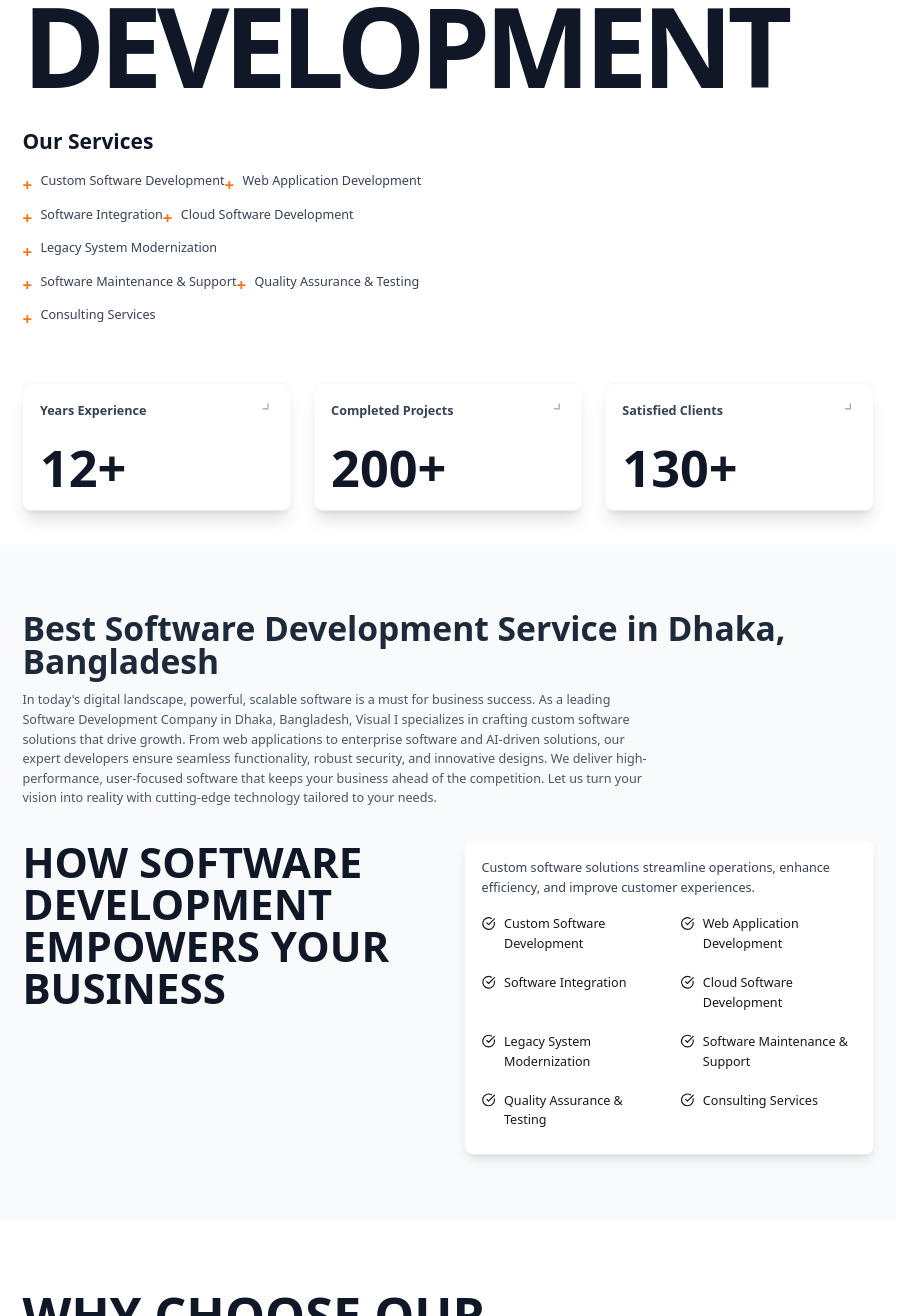
Repository: mdmuhibullahhabib/weboria
Page: /services
The author's editor kept a copy of each file at every save. The page is drawn from the files as they stood at one save, then again after the next save.
The browser window is 1280 px wide. The page is 1313 px wide, so the pictures cover 1313 px, including what lies to the right of the window. The pictures show the part of the page from y = 886 to 2766 px (the page is 7771 px tall before and 7751 px after), at 70% of full size.
The project was rebuilt for these pictures with package versions that can differ from the ones it lists, and the page was loaded fresh each time. The framework's server and built-in components were replaced by stand-ins that run in the browser. Also part of the build but not shown: next.config.mjs.

Above is the page before, as saved 2025-10-05 15:20:57.

### src/app/layout.js
import { Geist, Geist_Mono } from "next/font/google";
import "./globals.css";
import Navbar from "@/components/Navbar";
import Footer from "@/components/Footer";
import { Toaster } from "react-hot-toast";

const geistSans = Geist({
  variable: "--font-geist-sans",
  subsets: ["latin"],
});

const geistMono = Geist_Mono({
  variable: "--font-geist-mono",
  subsets: ["latin"],
});

export const metadata = {
  title: "Weboria",
  description: "Digital Marketing Agency",
  icons: "/favicon.ico",
};

export default function RootLayout({ children }) {
  return (
    <html lang="en">
      <body
        className={`${geistSans.variable} ${geistMono.variable} antialiased`}
      >

        <Navbar />
        <Toaster />
        {children}
        <Footer />
      </body>
    </html>
  );
}

### src/app/services/page.jsx
import React from 'react';
import { ChevronRight, Zap, CheckCircle, MessageSquare, Phone, Mail, MapPin, Search, ChevronDown } from 'lucide-react';

// Main App component which will serve as the service page
export default function Service() {

  // --- Mock Data ---
  const services = [
    'Custom Software Development',
    'Web Application Development',
    'Software Integration',
    'Cloud Software Development',
    'Legacy System Modernization',
    'Software Maintenance & Support',
    'Quality Assurance & Testing',
    'Consulting Services',
  ];

  const whyChooseKeywords = [
    { title: 'EXPERIENCE...', customColor: '#1f2937' }, // Dark gray/black
    { title: 'COLLABORATIVE...', customColor: '#f97316' }, // Orange/Amber
    { title: 'EFFECTIVENESS...', customColor: '#f97316' }, // Orange/Amber
    { title: 'CLIENT-CENTRIC...', customColor: '#f97316' }, // Orange/Amber
  ];

  const processSteps = [
    { number: '01', title: 'DISCOVERY & PLANNING', position: 'top-left' },
    { number: '02', title: 'DESIGN & ARCHITECTURE', position: 'mid-left' },
    { number: '03', title: 'DEPLOYMENT & TESTING', position: 'mid-right' },
    { number: '04', title: 'POST-DEPLOYMENT SUPPORT & MAINTENANCE', position: 'bottom-center' },
  ];

  const faqs = [
    {
      question: 'HOW MUCH DOES IT COST TO DEVELOP SOFTWARE?',
      answer: 'The cost of software development can vary depending on several factors, including the size and complexity of the project and the technologies used. We will provide you with a detailed quote after gathering your requirements and understanding your project needs.'
    },
    {
      question: 'HOW LONG DOES IT TAKE TO DEVELOP SOFTWARE?',
      answer: 'Project duration varies widely. A small application might take 4-8 weeks, while complex enterprise solutions can take 6 months or more. We establish clear timelines during the planning phase.'
    },
    {
      question: 'WHY SHOULD I CHOOSE CUSTOM SOFTWARE DEVELOPMENT OVER OFF-THE-SHELF SOLUTIONS?',
      answer: 'Custom software is tailored exactly to your unique business processes, providing a competitive edge, better integration, and greater scalability, unlike generic off-the-shelf products.'
    },
  ];

  // Utility component for the service list bullets
  const ServiceListItem = ({ text }) => (
    <div className="flex items-start mb-3">
      <CheckCircle className="w-5 h-5 mr-3 text-current mt-1 flex-shrink-0" />
      <p className="text-lg font-light">{text}</p>
    </div>
  );

  // --- Section Components ---

    const Hero = () => (
    <section
      className="relative bg-cover bg-center text-white py-32"
      style={{
        backgroundImage:
          "linear-gradient(rgba(0,0,0,0.6),rgba(0,0,0,0.6)),url('https://images.unsplash.com/photo-1519389950473-47ba0277781c?auto=format&fit=crop&w=1200&q=80')",
      }}
    >
      <div className="max-w-6xl mx-auto px-6 text-center">
        <h1 className="text-5xl md:text-7xl font-extrabold mb-6 leading-tight">
          Empowering Brands with <br /> Impactful Digital Services
        </h1>
        <p className="text-xl text-gray-200 max-w-3xl mx-auto">
          From strategy to execution, we deliver modern digital solutions that
          accelerate your business growth and brand impact.
        </p>
      </div>
    </section>
  );

const HeroSection = () => {
  // --- ServiceListItem Component ---
  const ServiceListItem = ({ text }) => (
    <div className="flex items-start item-center mb-3 hover:translate-x-1 transition-transform duration-300">
      <span
        className="text-2xl font-bold mr-3 mt-1 flex-shrink-0"
        style={{ color: '#f97316' }}
      >
        +
      </span>
      <p className="text-lg font-medium text-gray-700">{text}</p>
    </div>
  );

  return (
    <section className="relative pt-24 pb-16 md:pt-32 md:pb-24 bg-white overflow-hidden">
      <div className="max-w-7xl mx-auto px-4 sm:px-6 lg:px-8">
        <div className="grid md:grid-cols-2 gap-12 items-start">

          {/*  Large Title */}
          <div>
            <h1 className="text-6xl sm:text-7xl md:text-8xl lg:text-[10rem] font-extrabold leading-none tracking-tighter text-gray-900 mb-8">
              SOFTWARE
              <br />
              DEVELOPMENT
            </h1>
                    <div className="pt-2">
            <h2 className="text-3xl font-bold text-gray-900 mb-6">
              Our Services
            </h2>

            {/* services */}
            <div className="flex flex-wrap items-center">
              {services.map((service, index) => (
                <ServiceListItem key={index} text={service} />
              ))}
            </div>
          </div>
          </div>

        </div>
      </div>
    </section>
  );
};

  const StatsSection = () => (
    <div className="bg-white py-12 -mt-16 md:-mt-20 relative z-10">
      <div className="max-w-7xl mx-auto px-4 sm:px-6 lg:px-8">
        <div className="grid md:grid-cols-3 gap-8">
          {/* Card Style from Screenshot 113 */}
          {[
            { label: 'Years Experience', value: '12+' },
            { label: 'Completed Projects', value: '200+' },
            { label: 'Satisfied Clients', value: '130+' },
          ].map((stat, index) => (
            <div key={index} className="card bg-white p-6 shadow-xl border border-gray-100 rounded-xl hover:shadow-2xl transition duration-300">
              <div className="flex justify-between items-start mb-8">
                <h3 className="text-lg font-semibold text-gray-700">{stat.label}</h3>
                <ChevronRight className="w-5 h-5 text-gray-400 rotate-45" />
              </div>
              <p className="text-6xl md:text-7xl font-extrabold text-gray-900">{stat.value}</p>
            </div>
          ))}
        </div>
      </div>
    </div>
  );

  const ServiceListSection = () => (
    <div className="bg-gray-50 py-16 md:py-24">
      <div className="max-w-7xl mx-auto px-4 sm:px-6 lg:px-8">
        {/* Title from Screenshot 105 */}
        <div className="mb-12">
          <h2 className="text-4xl md:text-5xl font-extrabold text-gray-800 mb-4">
            Best Software Development Service in Dhaka, Bangladesh
          </h2>
          <p className="text-lg text-gray-600 max-w-4xl">
            In today's digital landscape, powerful, scalable software is a must for business success. As a leading Software Development Company in Dhaka, Bangladesh, Visual I specializes in crafting custom software solutions that drive growth. From web applications to enterprise software and AI-driven solutions, our expert developers ensure seamless functionality, robust security, and innovative designs. We deliver high-performance, user-focused software that keeps your business ahead of the competition. Let us turn your vision into reality with cutting-edge technology tailored to your needs.
          </p>
        </div>

        <div className="grid md:grid-cols-2 gap-12 items-start">
          {/* Left Side: How Software Empowers (Screenshot 105 structure) */}
          <div>
            <h2 className="text-5xl md:text-6xl font-extrabold text-gray-900 mb-8">
              HOW SOFTWARE
              <br />
              DEVELOPMENT
              <br />
              EMPOWERS YOUR
              <br />
              BUSINESS
            </h2>
          </div>

          {/* Right Side: Service List (Screenshot 103 structure) */}
          <div className="p-6 bg-white rounded-xl shadow-lg">
            <p className="text-lg text-gray-700 mb-6">
              Custom software solutions streamline operations, enhance efficiency, and improve customer experiences.
            </p>
            <div className="grid grid-cols-1 sm:grid-cols-2 gap-y-4 gap-x-8">
              {services.map((service, index) => (
                <ServiceListItem key={index} text={service} />
              ))}
            </div>
          </div>
        </div>
      </div>
    </div>
  );

  const WhyChooseUsSection = () => (
    <div className="py-24 bg-white">
      <div className="max-w-7xl mx-auto px-4 sm:px-6 lg:px-8">
        {/* Main Section Title (Screenshot 108) */}
        <h2 className="text-5xl md:text-7xl font-extrabold text-gray-900 mb-16 text-center md:text-left">
          WHY CHOOSE OUR
          <br />
          SOFTWARE DEVELOPMENT
          <span className="text-primary">?</span>
        </h2>

        <div className="grid md:grid-cols-2 gap-12 items-center">
          {/* Left Side: Content Card (Screenshot 109) */}
          <div className="p-8 border-r-4 border-gray-200">
            <div className="mb-8">
              {/* Icon/Shape Mimic from Screenshot 109 */}
              <div className="flex items-center space-x-2 mb-4">
                <div className="w-12 h-12 border-2 border-gray-900 rounded-full flex items-center justify-center">
                  <div className="w-8 h-8 bg-gray-900 rounded-full relative">
                    <div className="absolute top-1/2 left-1/2 -translate-x-1/2 -translate-y-1/2 w-4 h-4" style={{ backgroundColor: '#f97316' }} ></div>
                  </div>
                </div>
              </div>
              <h3 className="text-3xl font-bold text-gray-900 mb-4">
                PROVEN EXPERTISE AND
                <br />
                EXPERIENCE
              </h3>
              <p className="text-lg text-gray-600">
                Our seasoned software developers have extensive knowledge and experience in various domains, including web development, mobile app development, and custom software solutions.
              </p>
            </div>
            <button className="btn btn-neutral btn-lg rounded-lg shadow-xl">
              <MessageSquare className="w-5 h-5" />
              Send Your Message
            </button>
          </div>

          {/* Right Side: Experience List (Screenshot 109) - Highly stylized keywords */}
          <div className="space-y-4">
            {whyChooseKeywords.map((item, index) => (
                <h3
                    key={index}
                    className={`block text-5xl md:text-7xl font-extrabold leading-tight`}
                    style={{ color: item.customColor }}
                >
                    {item.title}
                </h3>
            ))}
          </div>
        </div>
      </div>
    </div>
  );

  const WorkingProcessSection = () => {
    // Component to render the step boxes
    const StepBox = ({ step }) => (
      <div className="flex items-center space-x-4 bg-white shadow-lg p-4 rounded-lg w-fit">
        <div className="text-2xl font-extrabold p-2 rounded" style={{ backgroundColor: '#1f2937', color: 'white' }}>
          {step.number}
        </div>
        <h4 className="text-xl font-semibold text-gray-800 tracking-wider">
          {step.title}
        </h4>
      </div>
    );

    return (
      <div className="bg-gray-50 py-24">
        <div className="max-w-7xl mx-auto px-4 sm:px-6 lg:px-8 text-center">
          {/* Title from Screenshot 110 */}
          <h2 className="text-6xl md:text-8xl font-extrabold mb-16" style={{ color: '#f97316' }}>
            WORKING PROCESS
          </h2>

          {/* Mimicking the Diagram Layout from Screenshot 111 using relative positioning and Tailwind for the lines */}
          <div className="relative h-[600px] md:h-[800px] flex items-center justify-center">

            {/* Background Lines (Dotted lines in the original image) */}
            {/* 1 -> 2 (Vertical line) */}
            <div className="absolute top-0 left-1/4 h-[50%] w-0 border-l-2 border-dashed border-gray-400 transform -translate-x-1/2 md:top-[10%] md:left-[25%] md:h-[30%]" style={{ top: '10%', left: '25%', height: '30%' }}></div>
            {/* 2 -> 3 (Horizontal line) */}
            <div className="absolute h-0 w-[50%] border-t-2 border-dashed border-gray-400 transform -translate-y-1/2" style={{ top: '40%', left: '25%', width: '50%' }}></div>
            {/* 3 -> 4 (Vertical line) */}
            <div className="absolute top-0 right-1/4 h-[50%] w-0 border-r-2 border-dashed border-gray-400 transform translate-x-1/2 md:top-[40%] md:right-[25%] md:h-[30%]" style={{ top: '40%', right: '25%', height: '30%' }}></div>

            {/* Step Boxes positioned absolutely to mimic the flow */}
            <div className="absolute" style={{ top: '5%', left: '25%', transform: 'translateX(-50%)' }}>
              <StepBox step={processSteps[0]} />
            </div>
            <div className="absolute" style={{ top: '35%', left: '5%', transform: 'translateX(0%)' }}>
              <StepBox step={processSteps[1]} />
            </div>
            <div className="absolute" style={{ top: '35%', right: '5%', transform: 'translateX(0%)' }}>
              <StepBox step={processSteps[2]} />
            </div>
            <div className="absolute" style={{ bottom: '5%', left: '50%', transform: 'translateX(-50%)' }}>
              <StepBox step={processSteps[3]} />
            </div>

          </div>
        </div>
      </div>
    );
  };

  const TeamImageSection = () => (
    <div className="bg-white py-16">
      <div className="max-w-7xl mx-auto px-4 sm:px-6 lg:px-8">
        {/* Placeholder for the team image (Screenshots 106 & 107) */}
        <div className="h-96 w-full rounded-xl overflow-hidden shadow-2xl">
          <img
            src="https://placehold.co/1200x400/1e293b/ffffff?text=Our+Software+Development+Team"
            alt="Team working on code"
            className="w-full h-full object-cover"
          />
        </div>
      </div>
    </div>
  );

  const AlliancePartnersSection = () => {
    const partners = [
      { name: 'AWS', icon: 'https://placehold.co/100x60/f2f2f2/000000?text=aws', style: 'text-2xl font-bold' },
      { name: 'Azure', icon: 'https://placehold.co/100x60/f2f2f2/000000?text=Azure', style: 'text-2xl font-bold' },
      { name: 'Pico Public Cloud', icon: 'https://placehold.co/100x60/f2f2f2/000000?text=Pico', style: 'text-xl font-bold' },
      { name: 'Google Partner', icon: 'https://placehold.co/100x60/f2f2f2/000000?text=Google', style: 'text-xl font-bold' },
      { name: 'ISO Certified', icon: 'https://placehold.co/100x60/f2f2f2/000000?text=ISO', style: 'text-xl font-bold' },
      { name: 'Stock Exchange', icon: 'https://placehold.co/100x60/f2f2f2/000000?text=Stock', style: 'text-xl font-bold' },
    ];

    return (
      <div className="bg-white py-24">
        <div className="max-w-7xl mx-auto px-4 sm:px-6 lg:px-8 text-center">
          {/* Title from Screenshot 112 */}
          <h2 className="text-5xl md:text-7xl font-extrabold mb-16">
            <span className="text-blue-700">ALLIANCES &</span>
            <span className="block text-5xl md:text-7xl font-extrabold" style={{ color: '#f97316' }}>PARTNERS</span>
          </h2>

          <div className="grid grid-cols-2 sm:grid-cols-3 lg:grid-cols-6 gap-6">
            {partners.map((partner, index) => (
              <div key={index} className="flex items-center justify-center p-6 bg-white border border-gray-200 rounded-xl shadow-lg hover:shadow-xl transition duration-300 h-32">
                <img src={partner.icon} alt={partner.name} className="max-h-full max-w-full" />
              </div>
            ))}
          </div>
        </div>
      </div>
    );
  };

  const FAQSection = () => (
    <div className="bg-gray-50 py-24">
      <div className="max-w-4xl mx-auto px-4 sm:px-6 lg:px-8">
        {/* Title from Screenshot 114 */}
        <h2 className="text-4xl md:text-6xl font-extrabold text-gray-800 mb-12 text-center">
          F.A.Q
        </h2>

        {faqs.map((item, index) => (
          <div key={index} className="collapse collapse-arrow bg-white shadow-md mb-4 rounded-xl">
            <input type="radio" name="my-accordion-2" defaultChecked={index === 0} />
            <div className="collapse-title text-xl font-semibold text-gray-800 p-4">
              {item.question}
            </div>
            <div className="collapse-content px-4 pb-4">
              <p className="text-gray-600">{item.answer}</p>
            </div>
          </div>
        ))}
      </div>
    </div>
  );

  const ContactSection = () => (
    <div className="bg-white py-24">
      <div className="max-w-7xl mx-auto px-4 sm:px-6 lg:px-8">
        <div className="grid md:grid-cols-2 gap-12">

          {/* Left Side: Contact Info (Screenshot 115) */}
          <div>
            <h2 className="text-5xl md:text-6xl font-extrabold text-gray-900 mb-6">
              DON'T HESITATE TO
              <br />
              REACH OUT TO US
            </h2>
            <p className="text-lg text-gray-600 mb-12 max-w-lg">
              We welcome the opportunity to connect with you! Feel free to contact us using the details provided or by filling out the contact form. As a leading advertising agency in Bangladesh, our dedicated team is here to provide expert assistance and answer any questions you may have.
            </p>

            <div className="space-y-8">
              {/* Call Us At */}
              <div className="flex items-start">
                <Phone className="w-8 h-8 text-gray-900 mr-4 mt-1 flex-shrink-0" />
                <div>
                  <h4 className="text-xl font-bold text-gray-900 mb-1">CALL US AT</h4>
                  <p className="text-lg text-gray-600">+88 0189-600-6896</p>
                </div>
              </div>

              {/* Email Us On */}
              <div className="flex items-start">
                <Mail className="w-8 h-8 text-gray-900 mr-4 mt-1 flex-shrink-0" />
                <div>
                  <h4 className="text-xl font-bold text-gray-900 mb-1">EMAIL US ON</h4>
                  <p className="text-lg text-gray-600">hello@visualiweb.com</p>
                </div>
              </div>

              {/* Find Us */}
              <div className="flex items-start">
                <MapPin className="w-8 h-8 text-gray-900 mr-4 mt-1 flex-shrink-0" />
                <div>
                  <h4 className="text-xl font-bold text-gray-900 mb-1">FIND US</h4>
                  <p className="text-lg text-gray-600">
                    House # 3, Road # 2/2, Banani,
                    <br />
                    Dhaka-1213, Bangladesh
                  </p>
                </div>
              </div>
            </div>
          </div>

          {/* Right Side: Contact Form (Screenshot 115) */}
          <div>
            <h2 className="text-5xl font-extrabold text-gray-900 mb-8">
              SEND US A MESSAGE
            </h2>
            <form className="space-y-4">
              <div className="grid grid-cols-1 sm:grid-cols-2 gap-4">
                <input type="text" placeholder="YOUR NAME" className="input input-lg input-bordered w-full rounded-lg text-gray-800 placeholder-gray-500" />
                <input type="email" placeholder="YOUR EMAIL" className="input input-lg input-bordered w-full rounded-lg text-gray-800 placeholder-gray-500" />
              </div>
              <input type="text" placeholder="YOUR SUBJECT" className="input input-lg input-bordered w-full rounded-lg text-gray-800 placeholder-gray-500" />
              <textarea placeholder="WRITE MESSAGE..." className="textarea textarea-lg textarea-bordered w-full h-40 rounded-lg text-gray-800 placeholder-gray-500 resize-none"></textarea>
              <button type="submit" className="btn btn-neutral btn-lg rounded-lg shadow-xl mt-4">
                <ChevronRight className="w-5 h-5" />
                Send a message
              </button>
            </form>
          </div>

        </div>
      </div>
    </div>
  );


  // --- Main Render ---
  return (
    <div className="min-h-screen bg-white font-sans">
      <main>
        {/* The first set of images defined the style and the core sections */}
        <Hero />
        <HeroSection />
        <StatsSection /> {/* NEW: Stats section (Screenshot 113) */}
        <ServiceListSection />
        <WhyChooseUsSection />
        <TeamImageSection />

        {/* The new sections from the latest screenshots */}
        <WorkingProcessSection /> {/* NEW: Working Process (Screenshots 110 & 111) */}
        <AlliancePartnersSection /> {/* NEW: Alliances & Partners (Screenshot 112) */}
        <FAQSection /> {/* NEW: F.A.Q. Section (Screenshot 114) */}
        <ContactSection /> {/* NEW: Contact Form (Screenshot 115) */}

        {/* Footer placeholder */}
        <footer className="footer footer-center p-8 bg-base-300 text-base-content">
          <aside>
            <p>Copyright © 2024 - All rights reserved by Visual I</p>
          </aside>
        </footer>
      </main>
    </div>
  );
}

Loaded but not shown: src/app/globals.css (common file); src/components/Navbar.jsx (193 lines, source omitted); src/components/Footer.jsx (159 lines, source omitted); src/components/Button.jsx (46 lines, source omitted)

After the next save:
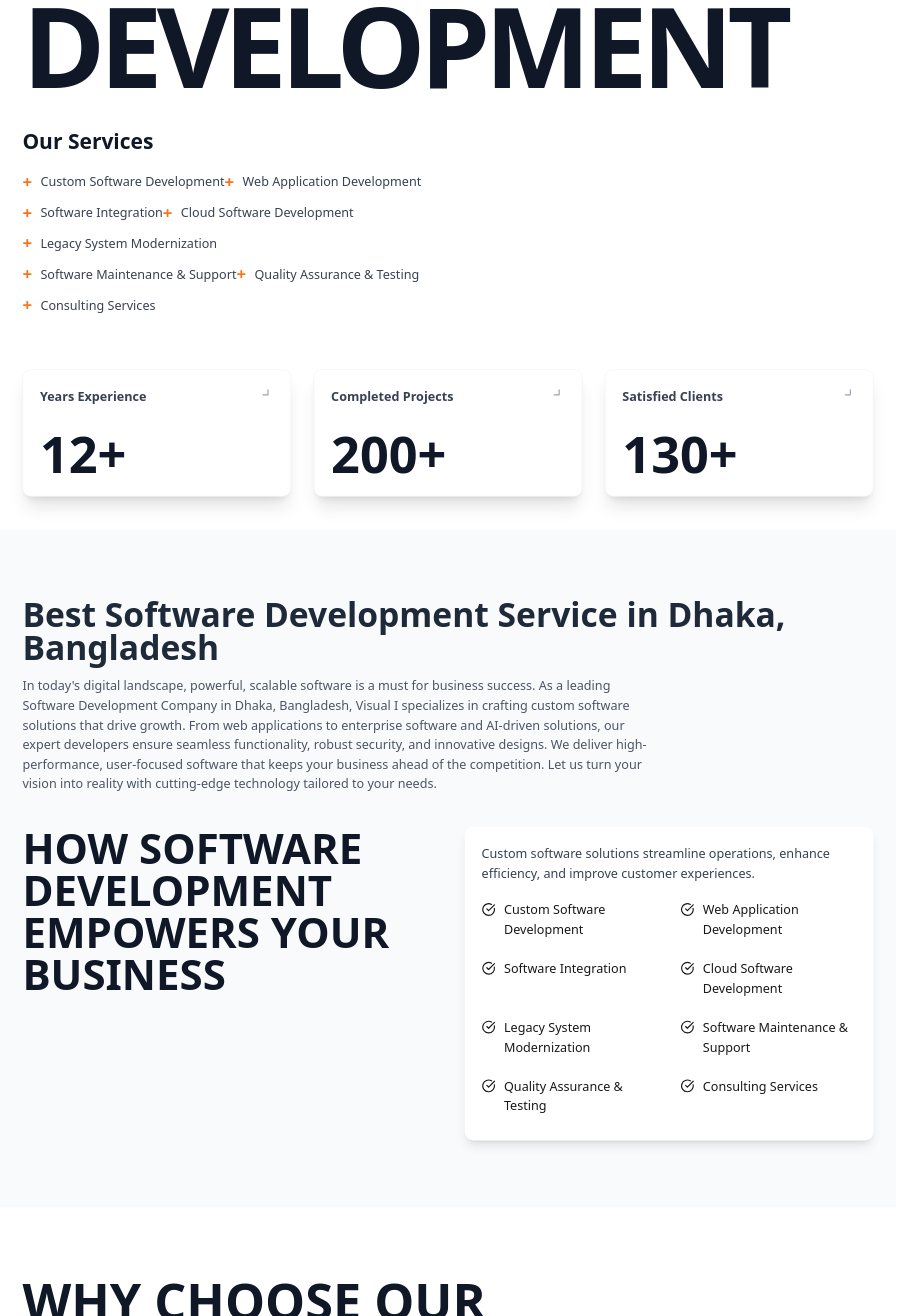
Saved 66 s later.
--- a/src/app/services/page.jsx
+++ b/src/app/services/page.jsx
@@ -77,17 +77,19 @@ export default function Service() {
 
 const HeroSection = () => {
   // --- ServiceListItem Component ---
-  const ServiceListItem = ({ text }) => (
-    <div className="flex items-start item-center mb-3 hover:translate-x-1 transition-transform duration-300">
-      <span
-        className="text-2xl font-bold mr-3 mt-1 flex-shrink-0"
-        style={{ color: '#f97316' }}
-      >
-        +
-      </span>
-      <p className="text-lg font-medium text-gray-700">{text}</p>
-    </div>
-  );
+ const ServiceListItem = ({ text }) => (
+  <div className="flex items-center mb-3 hover:translate-x-1 transition-transform duration-300">
+    {/* + icon */}
+    <span
+      className="text-2xl font-bold mr-3 flex-shrink-0"
+      style={{ color: '#f97316' }}
+    >
+      +
+    </span>
+    <p className="text-lg font-medium text-gray-700">{text}</p>
+  </div>
+);
+
 
   return (
     <section className="relative pt-24 pb-16 md:pt-32 md:pb-24 bg-white overflow-hidden">
